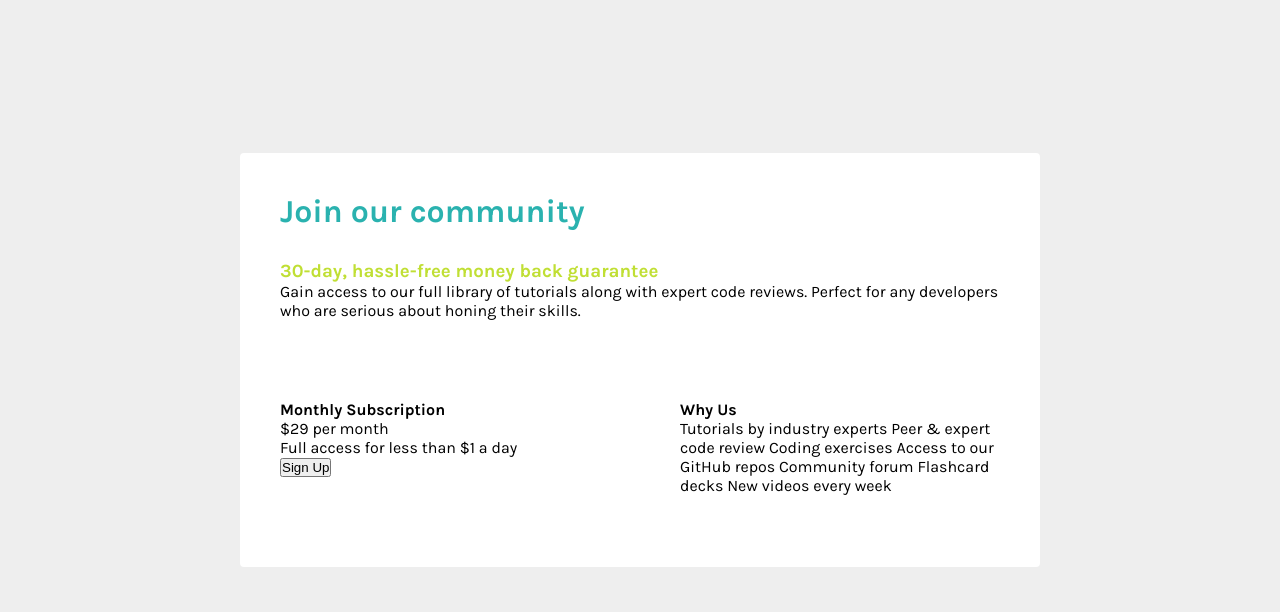
Repository: Akashiii1/WebSingleGrid_Day3
Page: index.html
The author's editor kept a copy of each file at every save. The page is drawn from the files as they stood at one save, then again after the next save.
The browser window is 1280 px wide. The pictures show the whole page.

Above is the page before, as saved 2021-12-22 01:03:44.

After the next save:
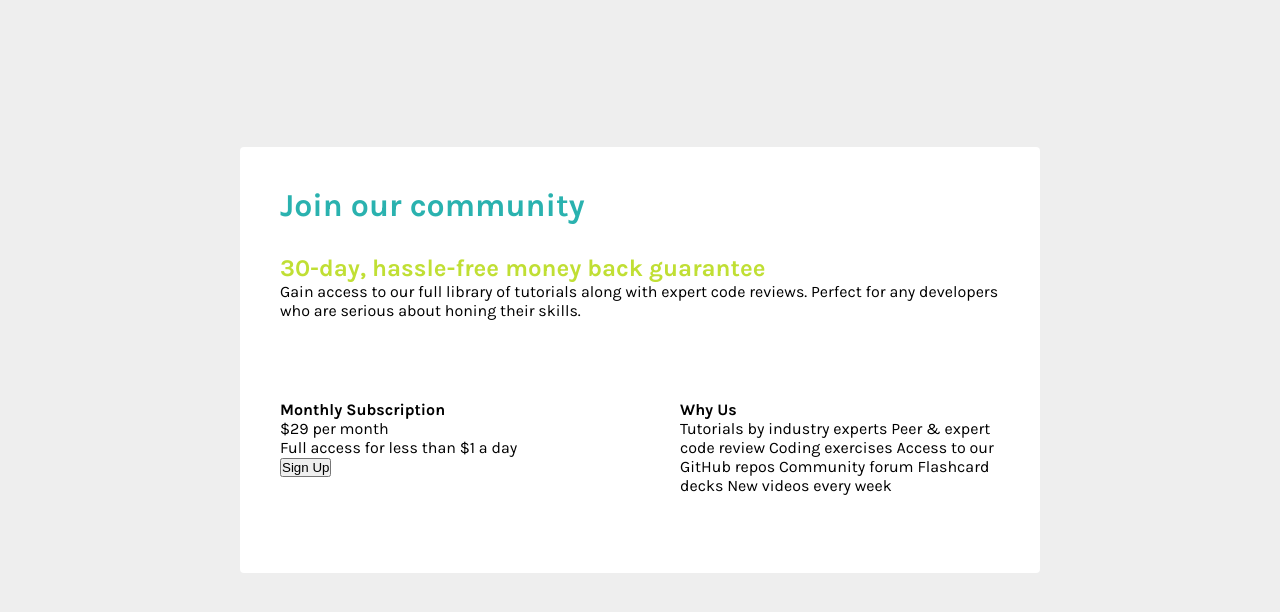
Saved 6 s later.
--- a/style.css
+++ b/style.css
@@ -77,4 +77,5 @@ body{
 }
 .item1 h3{
   color: var(--BrightYellow);
+  font-size: 24px;
 }
